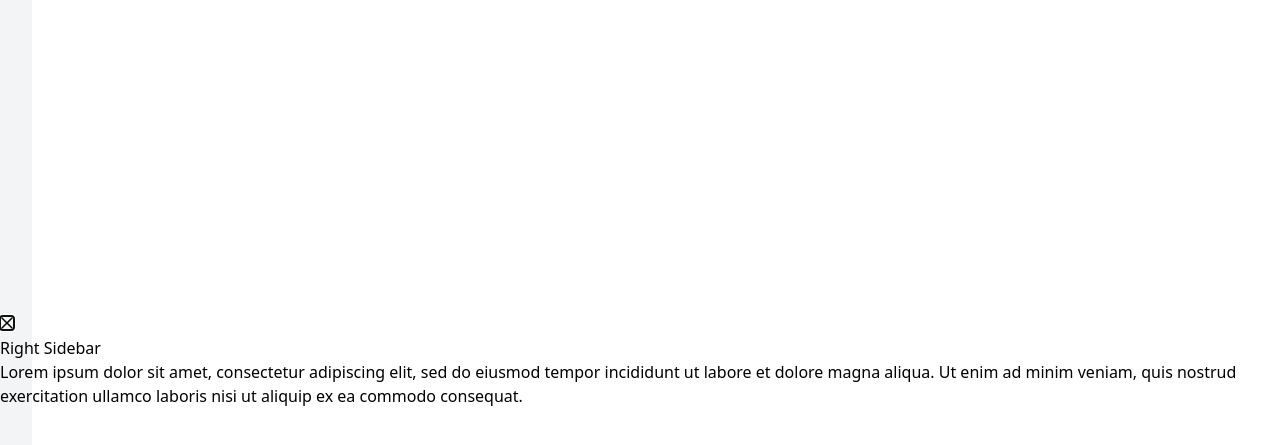
Repository: kottuzik/200apps-exercise
Page: / (app in vue-dashboard-template/)
The author's editor kept a copy of each file at every save. The page is drawn from the files as they stood at one save, then again after the next save.
The browser window is 1280 px wide. The pictures show the whole page.
The project was rebuilt for these pictures with package versions that can differ from the ones it lists, and the page was loaded fresh each time. Also part of the build but not shown: vue-dashboard-template/vite.config.js.

Above is the page before, as saved 2025-07-11 13:27:13.

### vue-dashboard-template/index.html
<!DOCTYPE html>
<html lang="en">
  <head>
    <meta charset="UTF-8" />
    <meta name="viewport" content="width=device-width, initial-scale=1.0" />
    <title>Dashboard</title>
  </head>
  <body>
    <div id="app"></div>
    <script type="module" src="/src/main.js"></script>
  </body>
</html>

### vue-dashboard-template/src/main.js
import { createApp } from 'vue'
import PrimeVue from 'primevue/config'
import './assets/tailwind.css'
import App from './App.vue'

const app = createApp(App)
app.use(PrimeVue, { unstyled: true })
app.mount('#app')

### vue-dashboard-template/src/App.vue
<script setup>
  import Button from 'primevue/button'
  import Dashboard from './views/Dashboard.vue';
</script>

<template>
<!--   <div class="p-8">
    <h1 class="text-4xl font-bold text-blue-600">Tailwind работает ✅</h1>
    <Button label="PrimeVue кнопка" class="bg-green-500 text-white px-4 py-2 rounded" />
  </div> -->
  <main class="flex">
    <Dashboard />
  </main>
</template>

### vue-dashboard-template/src/views/Dashboard.vue
<script setup>
    import DashboardSidebar from '../components/DashboardSidebar.vue';
</script>

<template>
    <div class="flex">
        <DashboardSidebar class="w-1/5 bg-gray-100 min-h-screen"/>
    </div>
</template>

### vue-dashboard-template/src/components/DashboardSidebar.vue


<template>
  <aside class="p-4 bg-gray-100 min-h-screen">
 <!--    <ul class="space-y-4">
      <li><a href="#" class="text-blue-600 font-semibold">Dashboard</a></li>
      <li><a href="#">Teams</a></li>
      <li><a href="#">Employees</a></li>
      <li><a href="#">Projects</a></li>
    </ul> -->
    <Sidebar v-model:visible="visibleLeft" position="left" @hide="visibleLeft = false">
        <h3>Right Sidebar</h3>
        <p>
            Lorem ipsum dolor sit amet, consectetur adipiscing elit, sed do eiusmod tempor incididunt ut labore et dolore magna aliqua.
            Ut enim ad minim veniam, quis nostrud exercitation ullamco laboris nisi ut aliquip ex ea commodo consequat.
        </p>
    </Sidebar>
  </aside>
</template>


<script>
/*  import { ref } from 'vue';

    const visible = ref(false) */

import Button from 'primevue/button';
import Sidebar from 'primevue/sidebar';

export default {
  components: {
    Button,
    Sidebar
  },
  data() {
    return {
      visibleLeft: true
    }
  }
}
</script>

Loaded but not shown: vue-dashboard-template/src/assets/tailwind.css (common file); vue-dashboard-template/tailwind.config.js (common file)

After the next save:
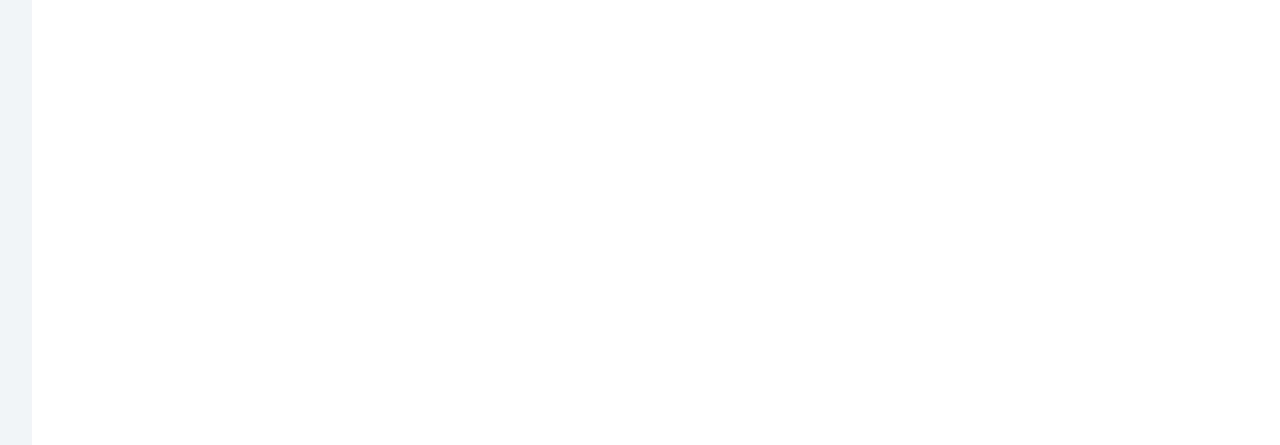
Saved 26 s later.
--- a/vue-dashboard-template/src/components/DashboardSidebar.vue
+++ b/vue-dashboard-template/src/components/DashboardSidebar.vue
@@ -8,7 +8,7 @@
       <li><a href="#">Employees</a></li>
       <li><a href="#">Projects</a></li>
     </ul> -->
-    <Sidebar v-model:visible="visibleLeft" position="left" @hide="visibleLeft = false">
+    <Sidebar  v.visible="visibleLeft" position="left" @hide="visibleLeft = false">
         <h3>Right Sidebar</h3>
         <p>
             Lorem ipsum dolor sit amet, consectetur adipiscing elit, sed do eiusmod tempor incididunt ut labore et dolore magna aliqua.

After the 3 saves that followed:
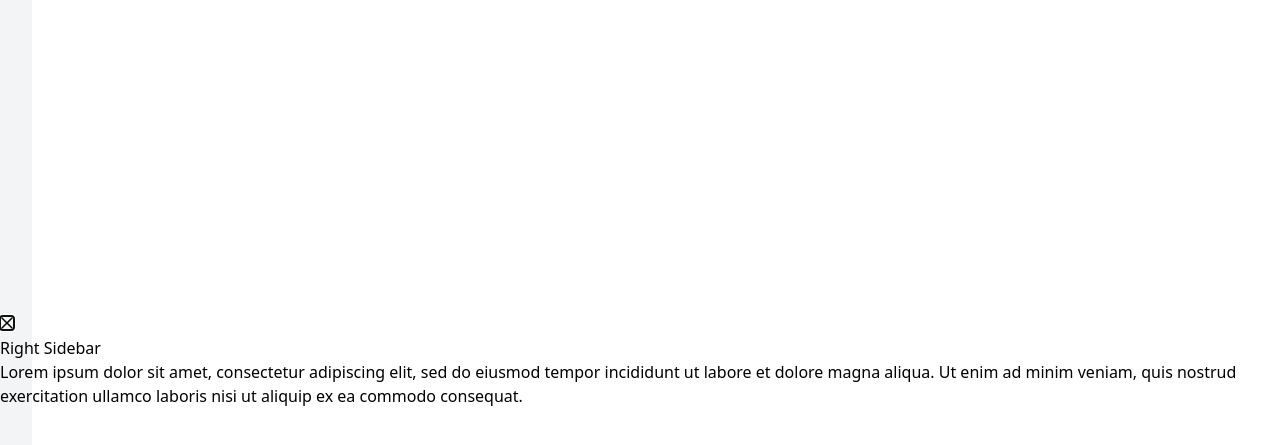
The 3 saves are shown as one change because they came seconds apart.
The last was saved 21 s later.
--- a/vue-dashboard-template/src/components/DashboardSidebar.vue
+++ b/vue-dashboard-template/src/components/DashboardSidebar.vue
@@ -8,7 +8,7 @@
       <li><a href="#">Employees</a></li>
       <li><a href="#">Projects</a></li>
     </ul> -->
-    <Sidebar  v.visible="visibleLeft" position="left" @hide="visibleLeft = false">
+    <Sidebar  :visible="visibleLeft" position="left" @hide="visibleLeft = false">
         <h3>Right Sidebar</h3>
         <p>
             Lorem ipsum dolor sit amet, consectetur adipiscing elit, sed do eiusmod tempor incididunt ut labore et dolore magna aliqua.
